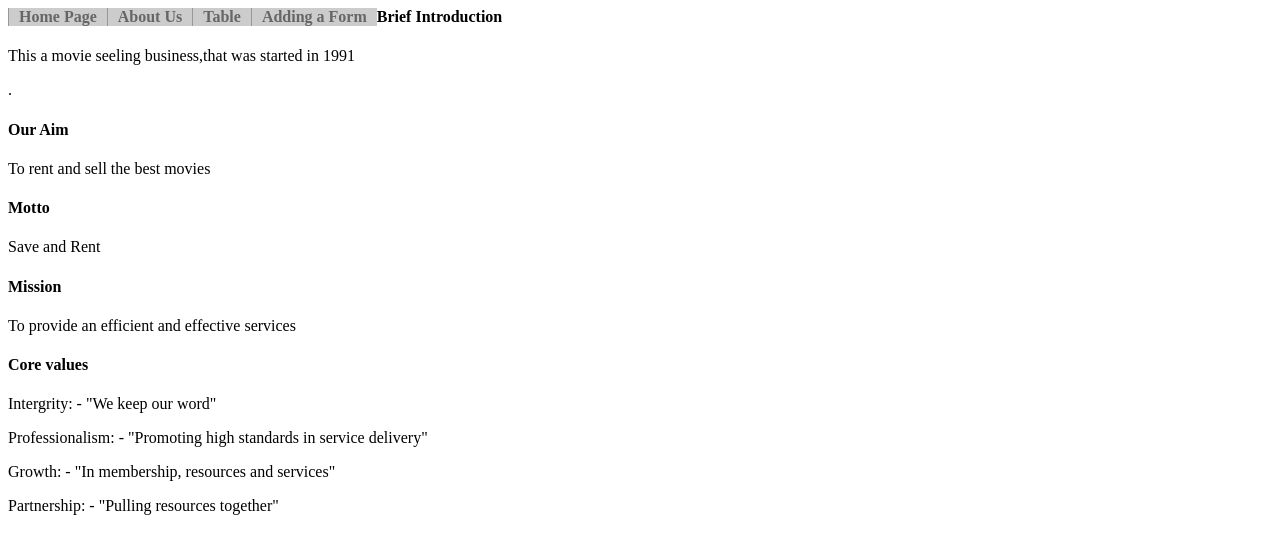
Repository: nellyk/Thephpsite
Page: http://localhost/
The author's editor kept a record of every edit. The page is drawn from the files as they stood at one moment, then again after the next edit.
The browser window is 1280 px wide. The pictures show the whole page.
The page is run by PHP 8.4 with error messages shown; the project is at /var/www/html/.

Above is the page before.

After the next edit:
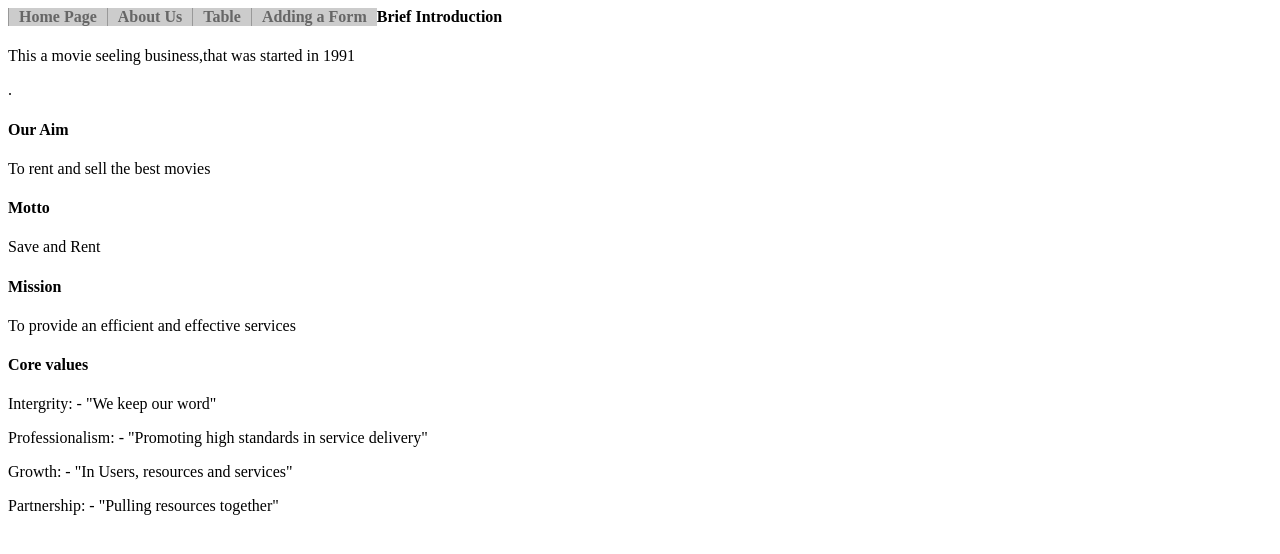
The edit:
--- a/index.php
+++ b/index.php
@@ -23,7 +23,7 @@
 <h4>Core values</h4>
 <p>Intergrity: - &quot;We keep our word&quot;</p>
 <p>Professionalism: - &quot;Promoting high standards in service delivery&quot;</p>
-<p>Growth: - &quot;In membership, resources and services&quot;</p>
+<p>Growth: - &quot;In Users, resources and services&quot;</p>
 <p>Partnership: - &quot;Pulling resources together&quot;</p>
 
 </body>
